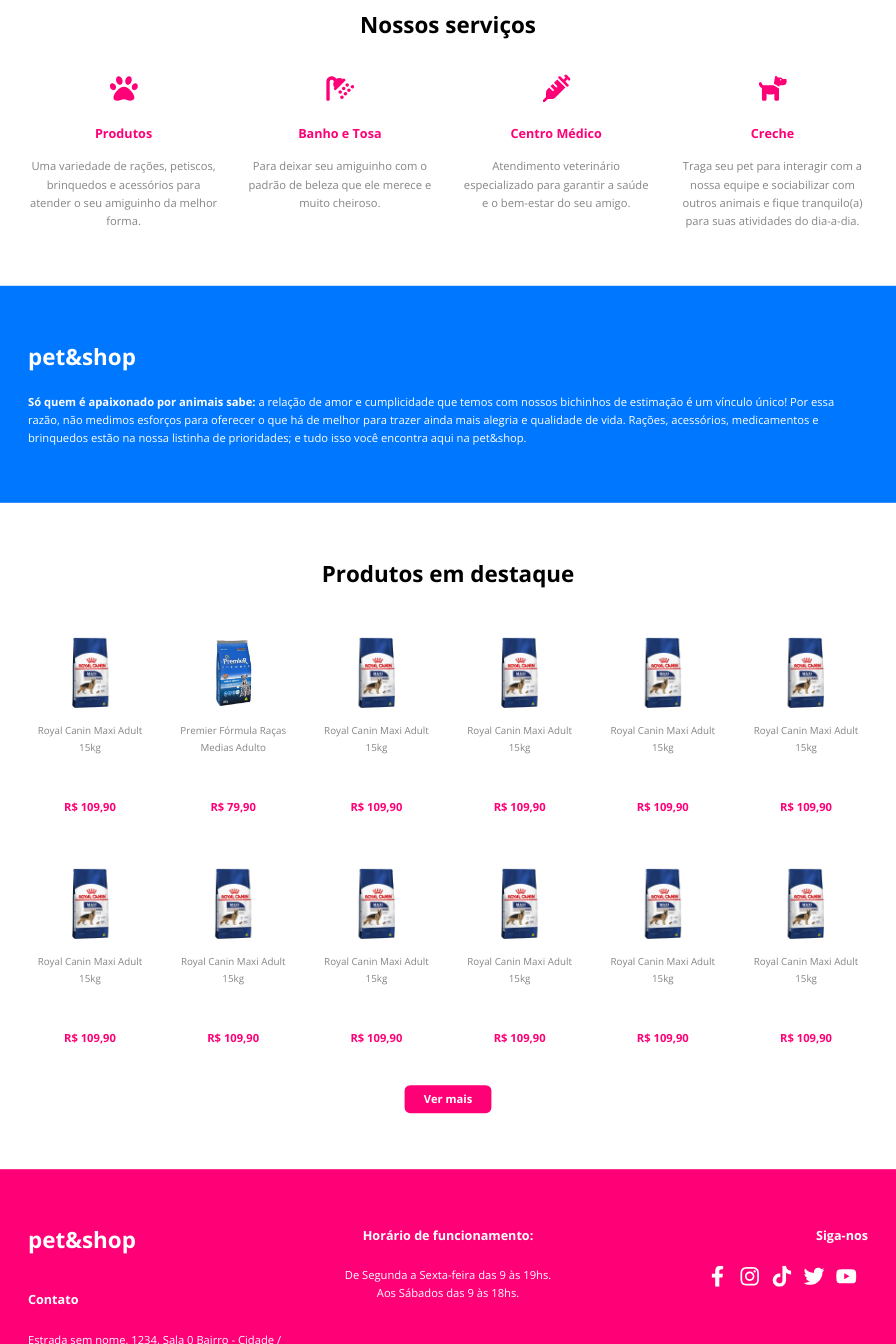
Repository: EzequielKaiber/pet-e-shop
Page: index.html
An editor plug-in stored every save of this project. The page is shown before and after the next save, followed by the edit.
The browser window is 1280 px wide. The pictures show the part of the page from y = 886 to 2806 px (the page is 3050 px tall), at 70% of full size.

Above is the page before, as saved 2022-04-25 15:49:20.

After the next save:
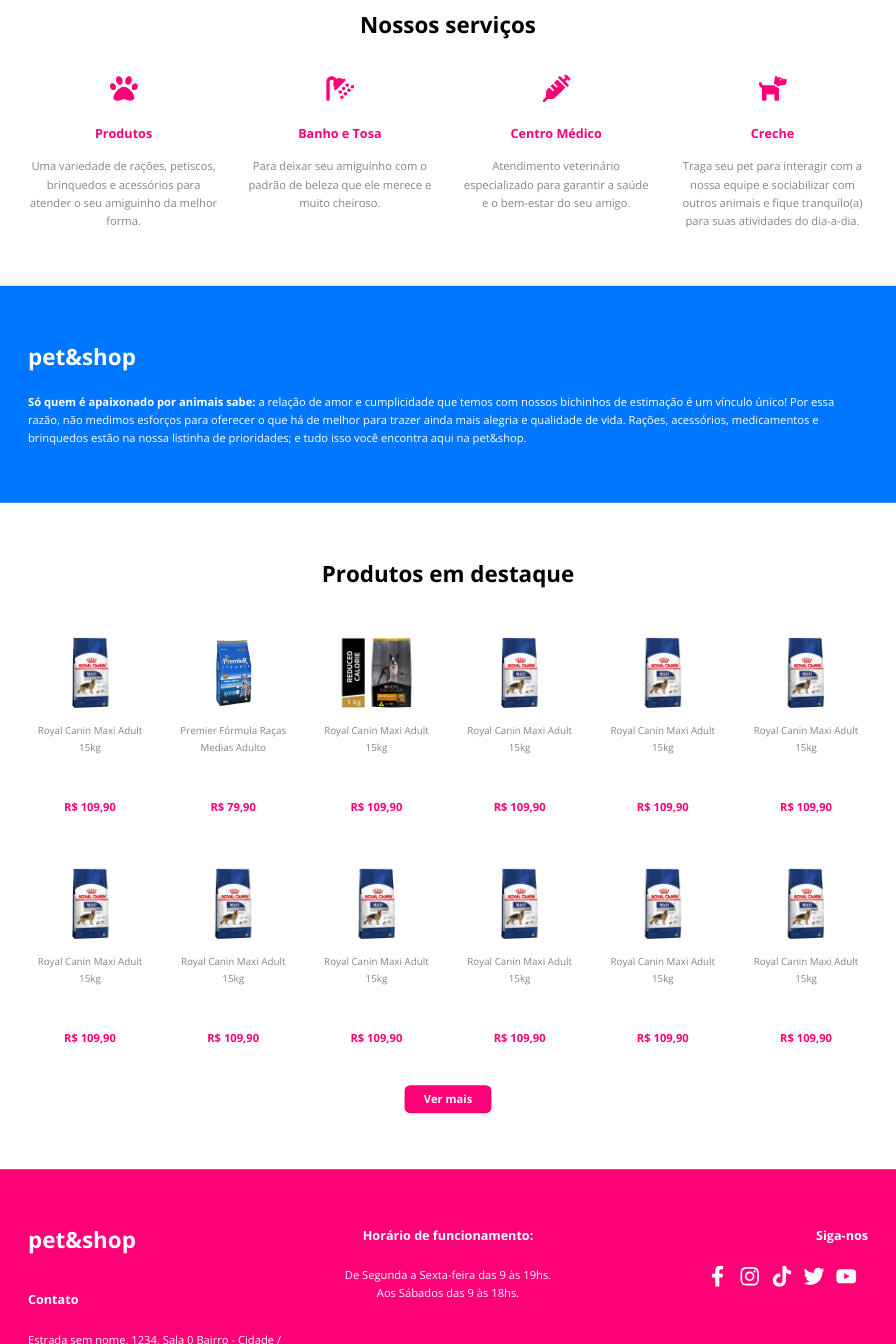
Saved 4 s later.
--- a/index.html
+++ b/index.html
@@ -97,7 +97,7 @@
                     <span>R$ 79,90</span>
                 </div>
                 <div class="card">
-                    <div class="image" style="background-image: url(img/Produtos/product-1.webp);"></div>
+                    <div class="image" style="background-image: url(img/Produtos/product-3.webp);"></div>
                     <small>Royal Canin Maxi Adult 15kg</small>
                     <span>R$ 109,90</span>
                 </div>
